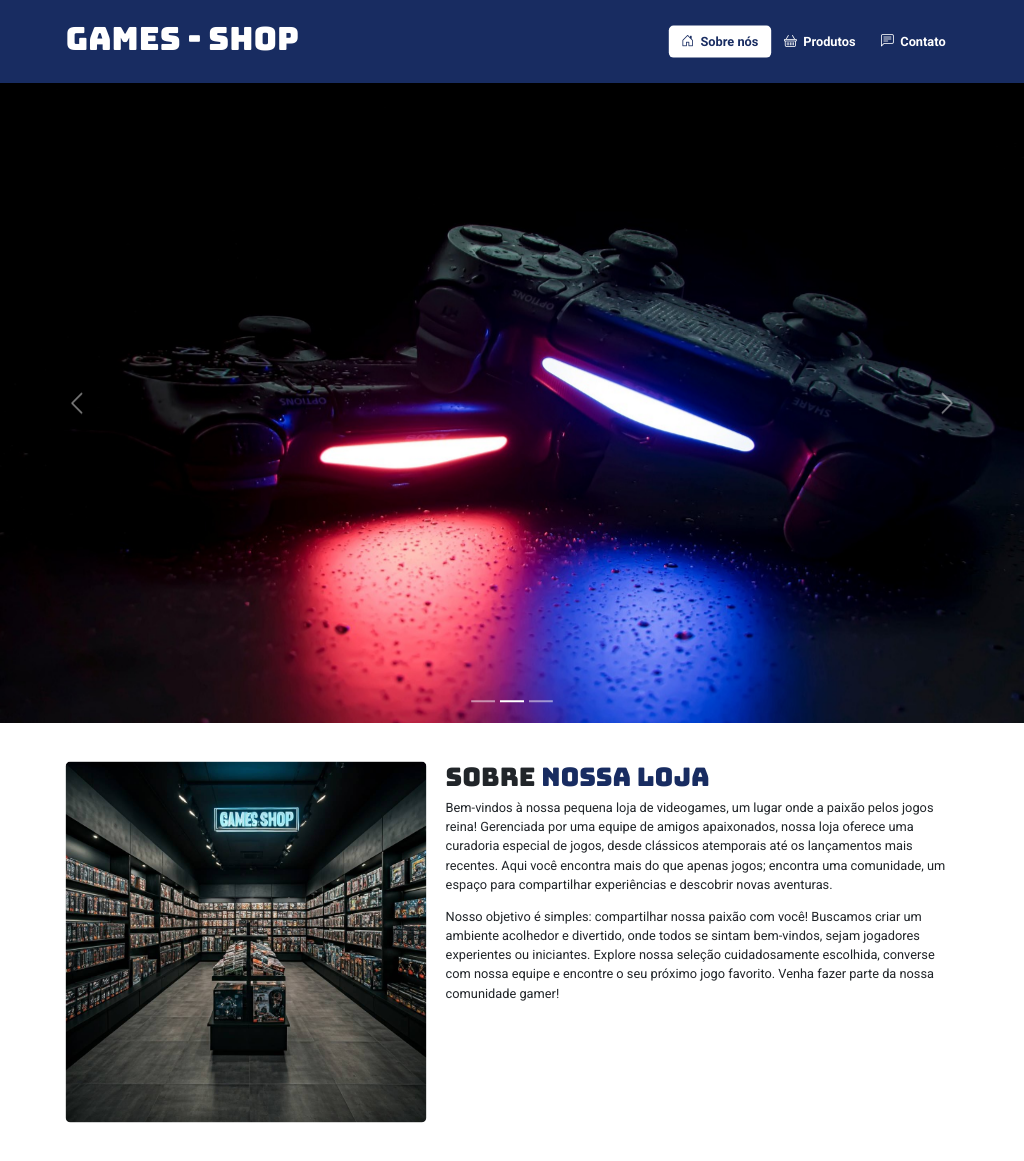
Repository: MatiasBrighent/GamesShop-Bootstrap
Page: index.html
An editor plug-in stored every save of this project. The page is shown before and after the next save, followed by the edit.
The browser window is 1280 px wide. The pictures show the whole page, at 80% of full size.

Above is the page before, as saved 2025-06-20 14:34:52.

After the next save:
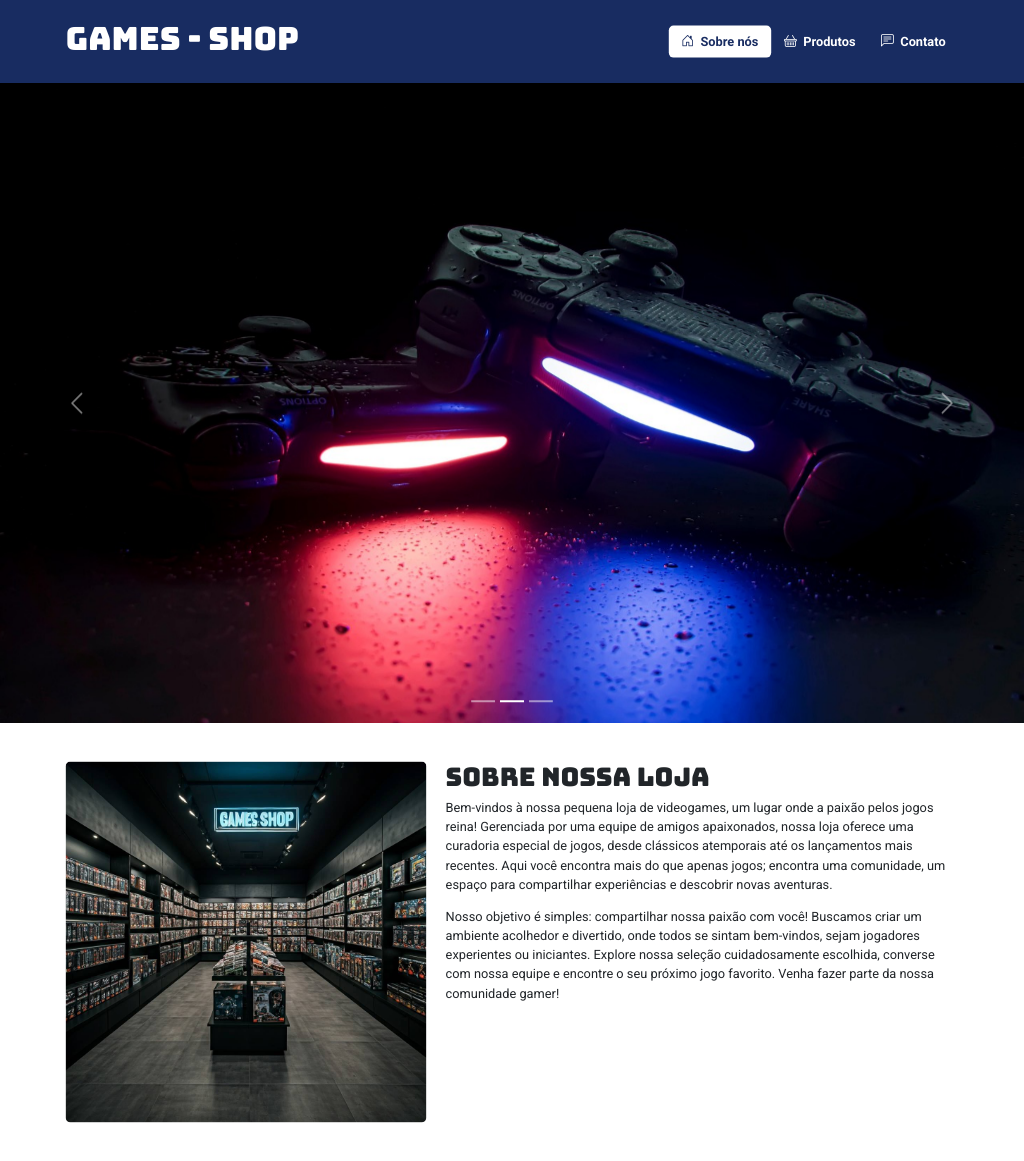
Saved 30 s later.
--- a/index.html
+++ b/index.html
@@ -74,7 +74,7 @@
                             <img src="images/Games-Shop.jpg" class="d-block w-100 rounded" alt="foto da nossa loja">
                         </div>
                         <div class="col-md-7 ">
-                            <h2 class="section-tittle  mt-md-0">Sobre <span class="text-colored">nossa loja</span></h2>
+                            <h2 class="section-tittle  mt-md-0">Sobre nossa loja</h2>
                             <p>
                                 Bem-vindos à nossa pequena loja de videogames, um lugar onde a paixão pelos jogos reina! Gerenciada por uma equipe de amigos apaixonados, nossa loja oferece uma curadoria especial de jogos, desde clássicos atemporais até os lançamentos mais recentes. Aqui você encontra mais do que apenas jogos; encontra uma comunidade, um espaço para compartilhar experiências e descobrir novas aventuras.
                             </p>
